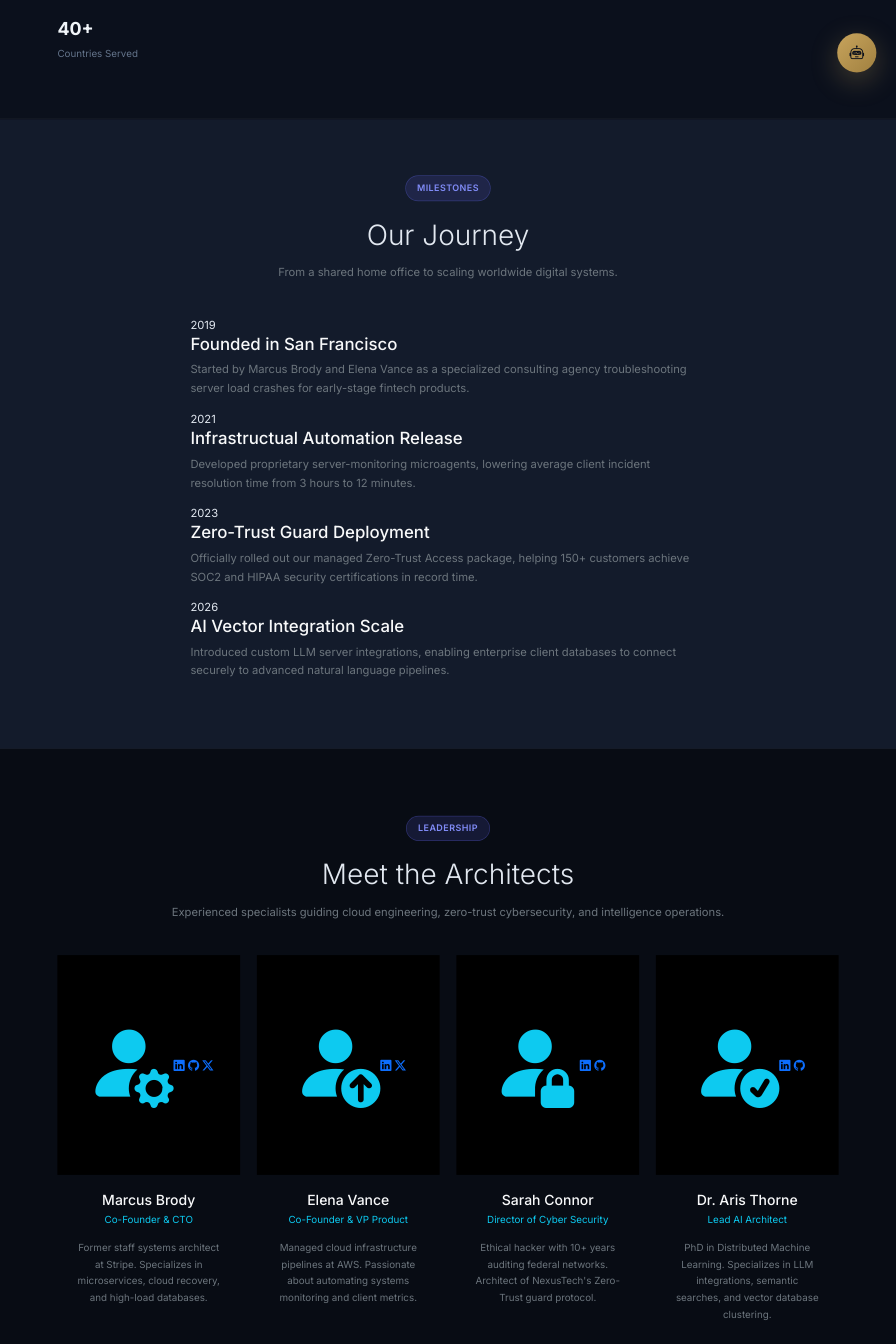
Repository: ruzni-dev/project-showcase
Page: pages/52-IT-Solutions-Website/pages/about.html
The author's editor kept a copy of each file at every save. The page is drawn from the files as they stood at one save, then again after the next save.
The browser window is 1280 px wide. The pictures show the part of the page from y = 589 to 2509 px (the page is 2940 px tall), at 70% of full size.
Some web fonts or font styles are not loaded; a fallback is used.

Above is the page before, as saved 2026-05-24 21:51:35.

### pages/52-IT-Solutions-Website/pages/about.html
<!DOCTYPE html>
<html lang="en">
<head>
    <meta charset="UTF-8">
    <meta name="viewport" content="width=device-width, initial-scale=1.0">
    <title>NexusForge AI — Premium IT Solutions & Intelligent Automation</title>
    <link rel="icon" type="image/svg+xml" href="../assets/images/favicon.svg">
    <link rel="apple-touch-icon" href="../assets/images/favicon.svg">

    <!-- Bootstrap 5.3 CSS -->
    <link href="https://cdn.jsdelivr.net/npm/bootstrap@5.3.2/dist/css/bootstrap.min.css" rel="stylesheet">
    <!-- Bootstrap Icons -->
    <link href="https://cdn.jsdelivr.net/npm/bootstrap-icons@1.11.3/font/bootstrap-icons.css" rel="stylesheet">
    <!-- Google Fonts: Premium Typography -->
    <link href="https://fonts.googleapis.com/css2?family=Inter:wght@300;400;500;600;700;800;900&family=Playfair+Display:ital,wght@0,500;0,600;0,700;1,500&family=JetBrains+Mono:wght@400;500;600&display=swap" rel="stylesheet">
    <!-- AOS Animation -->
    <link href="https://unpkg.com/aos@2.3.1/dist/aos.css" rel="stylesheet">
    <!-- Custom Theme CSS -->
    <link href="../assets/css/style.css" rel="stylesheet">
</head>
<body>

    <!-- ==================== NAVBAR ==================== -->
    <nav class="navbar navbar-expand-lg fixed-top" id="mainNav">
        <div class="container">
            <a class="navbar-brand" href="../index.html">
                <div class="brand-mark"><i class="bi bi-cpu-fill"></i></div>
                <span>NexusForge AI</span>
            </a>
            <button class="navbar-toggler" type="button" data-bs-toggle="collapse" data-bs-target="#navContent">
                <span class="navbar-toggler-icon"></span>
            </button>
            <div class="collapse navbar-collapse" id="navContent">
                <ul class="navbar-nav mx-auto mb-2 mb-lg-0 gap-1">
                    <li class="nav-item"><a class="nav-link" href="../index.html" data-page="home">Home</a></li>
                    <li class="nav-item"><a class="nav-link active" href="about.html#about" data-page="about">About</a></li>
                    <li class="nav-item"><a class="nav-link" href="services.html" data-page="services">Services</a></li>
                    <li class="nav-item"><a class="nav-link" href="portfolio.html" data-page="portfolio">Portfolio</a></li>
                    <li class="nav-item"><a class="nav-link" href="ai-solutions.html" data-page="ai-solutions">AI Solutions</a></li>
                    <li class="nav-item"><a class="nav-link" href="contact.html" data-page="contact">Contact</a></li>
                </ul>
                <a href="#contact" class="btn-nav">Start a Project <i class="bi bi-arrow-right ms-1"></i></a>
            </div>
        </div>
    </nav>

    <!-- ==================== PAGE 2: ABOUT ==================== -->
    <section class="page-section dark-page" id="about">
        <div class="container">
            <div class="row align-items-center g-5">
                <div class="col-lg-5" data-aos="fade-right" data-aos-duration="900">
                    <span class="section-eyebrow">Our Story</span>
                    <h2 class="section-title">A decade of <span class="accent">excellence</span> in technology consulting</h2>
                    <p class="section-subtitle">
                        Founded in 2014 by a team of MIT and Stanford engineers, NexusForge AI has grown from a boutique consultancy into a global technology partner. We combine deep technical expertise with strategic vision to solve the most complex challenges.
                    </p>
                    <div class="d-flex gap-4 mt-4 flex-wrap">
                        <div><strong style="font-size:1.6rem;color:#f1f5f9;">280+</strong><br><small style="color:var(--slate-500);">Engineers & Data Scientists</small></div>
                        <div><strong style="font-size:1.6rem;color:#f1f5f9;">12</strong><br><small style="color:var(--slate-500);">Global Offices</small></div>
                        <div><strong style="font-size:1.6rem;color:#f1f5f9;">40+</strong><br><small style="color:var(--slate-500);">Countries Served</small></div>
                    </div>
                </div>
                <div class="col-lg-7" data-aos="fade-left" data-aos-duration="1000">
                    <div class="row g-3">
                        <div class="col-6">
                            <div style="background:var(--bg-card);border:1px solid var(--border-subtle);border-radius:var(--radius-md);padding:20px;text-align:center;">
                                <i class="bi bi-trophy-fill" style="font-size:2rem;color:var(--gold);"></i>
                                <h6 class="mt-2" style="color:#f1f5f9;">Forbes Tech Council</h6>
                                <small style="color:var(--slate-500);">Member since 2019</small>
                            </div>
                        </div>
                        <div class="col-6">
                            <div style="background:var(--bg-card);border:1px solid var(--border-subtle);border-radius:var(--radius-md);padding:20px;text-align:center;">
                                <i class="bi bi-shield-check-fill" style="font-size:2rem;color:var(--teal);"></i>
                                <h6 class="mt-2" style="color:#f1f5f9;">ISO 27001 Certified</h6>
                                <small style="color:var(--slate-500);">Security Excellence</small>
                            </div>
                        </div>
                        <div class="col-6">
                            <div style="background:var(--bg-card);border:1px solid var(--border-subtle);border-radius:var(--radius-md);padding:20px;text-align:center;">
                                <i class="bi bi-award-fill" style="font-size:2rem;color:var(--gold-light);"></i>
                                <h6 class="mt-2" style="color:#f1f5f9;">Gartner Recognized</h6>
                                <small style="color:var(--slate-500);">AI Consultancy Leader</small>
                            </div>
                        </div>
                        <div class="col-6">
                            <div style="background:var(--bg-card);border:1px solid var(--border-subtle);border-radius:var(--radius-md);padding:20px;text-align:center;">
                                <i class="bi bi-globe2" style="font-size:2rem;color:var(--teal);"></i>
                                <h6 class="mt-2" style="color:#f1f5f9;">Global Delivery</h6>
                                <small style="color:var(--slate-500);">24/7 Operations</small>
                            </div>
                        </div>
                    </div>
                </div>
            </div>
        </div>
    </section>

    <!-- Company History Timeline -->
    <section class="page-section elevated-page">
        <div class="container">
            <div class="section-header text-center max-width-600 mx-auto">
                <div class="tech-badge">Milestones</div>
                <h2 class="display-6">Our Journey</h2>
                <p class="text-secondary mt-3">From a shared home office to scaling worldwide digital systems.</p>
            </div>

            <div class="row justify-content-center mt-5">
                <div class="col-lg-8">
                    <div class="timeline">

                        <div class="timeline-item">
                        <div class="timeline-dot"></div>
                        <div class="timeline-year">2019</div>
                        <h4 class="text-light">Founded in San Francisco</h4>
                        <p class="text-secondary">
                            Started by Marcus Brody and Elena Vance as a specialized consulting agency troubleshooting server load crashes for early-stage fintech products.
                        </p>
                        </div>

                        <div class="timeline-item">
                        <div class="timeline-dot"></div>
                        <div class="timeline-year">2021</div>
                        <h4 class="text-light">Infrastructual Automation Release</h4>
                        <p class="text-secondary">
                            Developed proprietary server-monitoring microagents, lowering average client incident resolution time from 3 hours to 12 minutes.
                        </p>
                        </div>

                        <div class="timeline-item">
                        <div class="timeline-dot"></div>
                        <div class="timeline-year">2023</div>
                        <h4 class="text-light">Zero-Trust Guard Deployment</h4>
                        <p class="text-secondary">
                            Officially rolled out our managed Zero-Trust Access package, helping 150+ customers achieve SOC2 and HIPAA security certifications in record time.
                        </p>
                        </div>

                        <div class="timeline-item">
                        <div class="timeline-dot"></div>
                        <div class="timeline-year">2026</div>
                        <h4 class="text-light">AI Vector Integration Scale</h4>
                        <p class="text-secondary">
                            Introduced custom LLM server integrations, enabling enterprise client databases to connect securely to advanced natural language pipelines.
                        </p>
                        </div>

                    </div>
                </div>
            </div>
        </div>
    </section>

    <!-- Team Grid Section -->
    <section class="py-5 my-5" id="team">
        <div class="container">
            <div class="section-header text-center max-width-600 mx-auto">
                <div class="tech-badge">Leadership</div>
                <h2 class="display-6">Meet the <span class="gradient-text">Architects</span></h2>
                <p class="text-secondary mt-3">Experienced specialists guiding cloud engineering, zero-trust cybersecurity, and intelligence operations.</p>
            </div>
            <div class="row g-4 mt-4">
                <!-- Member 1 -->
                <div class="col-xl-3 col-md-6">
                    <div class="team-card h-100">
                        <div class="team-img-wrapper text-center bg-black bg-opacity-30 d-flex align-items-center justify-content-center py-5">
                            <!-- Inline Premium Avatar Icon Graphic -->
                            <i class="bi bi-person-fill-gear text-info" style="font-size: 8rem;"></i>
                            <div class="team-socials">
                                <a href="#" class="team-social-link"><i class="bi bi-linkedin"></i></a>
                                <a href="#" class="team-social-link"><i class="bi bi-github"></i></a>
                                <a href="#" class="team-social-link"><i class="bi bi-twitter-x"></i></a>
                            </div>
                        </div>
                        <div class="p-4 text-center">
                            <h5 class="mb-1 text-light">Marcus Brody</h5>
                            <p class="text-info small mb-3">Co-Founder & CTO</p>
                            <p class="text-secondary small mb-0">Former staff systems architect at Stripe. Specializes in microservices, cloud recovery, and high-load databases.</p>
                        </div>
                    </div>
                </div>

                <!-- Member 2 -->
                <div class="col-xl-3 col-md-6">
                    <div class="team-card h-100">
                        <div class="team-img-wrapper text-center bg-black bg-opacity-30 d-flex align-items-center justify-content-center py-5">
                            <i class="bi bi-person-fill-up text-info" style="font-size: 8rem;"></i>
                            <div class="team-socials">
                                <a href="#" class="team-social-link"><i class="bi bi-linkedin"></i></a>
                                <a href="#" class="team-social-link"><i class="bi bi-twitter-x"></i></a>
                            </div>
                        </div>
                        <div class="p-4 text-center">
                            <h5 class="mb-1 text-light">Elena Vance</h5>
                            <p class="text-info small mb-3">Co-Founder & VP Product</p>
                            <p class="text-secondary small mb-0">Managed cloud infrastructure pipelines at AWS. Passionate about automating systems monitoring and client metrics.</p>
                        </div>
                    </div>
                </div>

                <!-- Member 3 -->
                <div class="col-xl-3 col-md-6">
                <div class="team-card h-100">
                    <div class="team-img-wrapper text-center bg-black bg-opacity-30 d-flex align-items-center justify-content-center py-5">
                    <i class="bi bi-person-fill-lock text-info" style="font-size: 8rem;"></i>
                    <div class="team-socials">
                        <a href="#" class="team-social-link"><i class="bi bi-linkedin"></i></a>
                        <a href="#" class="team-social-link"><i class="bi bi-github"></i></a>
                    </div>
                    </div>
                    <div class="p-4 text-center">
                    <h5 class="mb-1 text-light">Sarah Connor</h5>
                    <p class="text-info small mb-3">Director of Cyber Security</p>
                    <p class="text-secondary small mb-0">Ethical hacker with 10+ years auditing federal networks. Architect of NexusTech's Zero-Trust guard protocol.</p>
                    </div>
                </div>
                </div>

                <!-- Member 4 -->
                <div class="col-xl-3 col-md-6">
                <div class="team-card h-100">
                    <div class="team-img-wrapper text-center bg-black bg-opacity-30 d-flex align-items-center justify-content-center py-5">
                    <i class="bi bi-person-fill-check text-info" style="font-size: 8rem;"></i>
                    <div class="team-socials">
                        <a href="#" class="team-social-link"><i class="bi bi-linkedin"></i></a>
                        <a href="#" class="team-social-link"><i class="bi bi-github"></i></a>
                    </div>
                    </div>
                    <div class="p-4 text-center">
                    <h5 class="mb-1 text-light">Dr. Aris Thorne</h5>
                    <p class="text-info small mb-3">Lead AI Architect</p>
                    <p class="text-secondary small mb-0">PhD in Distributed Machine Learning. Specializes in LLM integrations, semantic searches, and vector database clustering.</p>
                    </div>
                </div>
                </div>

            </div>
        </div>
    </section>

    <!-- ==================== FOOTER ==================== -->
    <footer class="footer-premium">
        <div class="container">
            <div class="row g-4">
                <div class="col-lg-4 mb-3">
                    <a class="footer-brand" href="#home">NexusForge AI</a>
                    <p style="color:var(--slate-500);font-size:0.88rem;margin-top:8px;">Engineering the intelligent enterprise. Trusted by 500+ global clients since 2014.</p>
                </div>
                <div class="col-6 col-md-3 col-lg-2">
                    <h6 style="color:#f1f5f9;font-size:0.8rem;text-transform:uppercase;letter-spacing:1px;margin-bottom:14px;">Services</h6>
                    <ul class="footer-links">
                        <li><a href="#">Cloud Architecture</a></li>
                        <li><a href="#">Cybersecurity</a></li>
                        <li><a href="#">AI & ML</a></li>
                        <li><a href="#">DevOps</a></li>
                    </ul>
                </div>
                <div class="col-6 col-md-3 col-lg-2">
                    <h6 style="color:#f1f5f9;font-size:0.8rem;text-transform:uppercase;letter-spacing:1px;margin-bottom:14px;">Company</h6>
                    <ul class="footer-links">
                        <li><a href="#about">About</a></li>
                        <li><a href="#">Careers</a></li>
                        <li><a href="#">Insights</a></li>
                        <li><a href="#">Partners</a></li>
                    </ul>
                </div>
                <div class="col-6 col-md-3 col-lg-2">
                    <h6 style="color:#f1f5f9;font-size:0.8rem;text-transform:uppercase;letter-spacing:1px;margin-bottom:14px;">Resources</h6>
                    <ul class="footer-links">
                        <li><a href="#">Documentation</a></li>
                        <li><a href="#">API Reference</a></li>
                        <li><a href="#">Whitepapers</a></li>
                        <li><a href="#">Status</a></li>
                    </ul>
                </div>
                <div class="col-6 col-md-3 col-lg-2">
                    <h6 style="color:#f1f5f9;font-size:0.8rem;text-transform:uppercase;letter-spacing:1px;margin-bottom:14px;">Legal</h6>
                    <ul class="footer-links">
                        <li><a href="#">Privacy</a></li>
                        <li><a href="#">Terms</a></li>
                        <li><a href="#">Cookies</a></li>
                    </ul>
                </div>
            </div>
            <hr style="border-color:rgba(255,255,255,0.05);margin:30px 0 20px;">
            <div class="text-center" style="color:var(--slate-600);font-size:0.8rem;">
                &copy; 2026 NexusForge AI. All rights reserved. Crafted with precision.
            </div>
        </div>
    </footer>

    <!-- ==================== AI CHAT WIDGET ==================== -->
    <div class="ai-chat-fab" id="aiChatFab">
        <div class="chat-panel" id="chatPanel">
            <div class="chat-panel-header">
                <span class="online-dot"></span>
                <strong>Nexus AI Assistant</strong>
                <small style="opacity:0.6;margin-left:auto;font-size:0.7rem;">GPT-4o</small>
                <button style="background:none;border:none;color:#fff;cursor:pointer;font-size:1.1rem;margin-left:8px;" onclick="toggleChatPanel()"><i class="bi bi-x-lg"></i></button>
            </div>
            <div class="chat-messages" id="chatMessages">
                <div class="chat-msg bot">
                    👋 Welcome to NexusForge AI. I'm your dedicated assistant. How may I help you today? You can ask about our services, case studies, or request a consultation.
                </div>
            </div>
            <div class="chat-input-row">
                <input type="text" id="chatInputField" placeholder="Type your message..." onkeypress="if(event.key==='Enter')sendPremiumChat()">
                <button onclick="sendPremiumChat()"><i class="bi bi-send-fill"></i></button>
            </div>
        </div>
        <button class="chat-fab-btn" onclick="toggleChatPanel()" id="chatFabBtn">
            <i class="bi bi-robot"></i>
            <span class="pulse-ring"></span>
        </button>
    </div>

    <!-- ==================== SCRIPTS ==================== -->
    <script src="https://cdn.jsdelivr.net/npm/bootstrap@5.3.2/dist/js/bootstrap.bundle.min.js"></script>
    <script src="https://unpkg.com/aos@2.3.1/dist/aos.js"></script>
    <script src="../assets/js/script.js"></script>
</body>
</html>

Loaded but not shown: pages/52-IT-Solutions-Website/assets/js/script.js (231 lines, source omitted); pages/52-IT-Solutions-Website/assets/css/style.css (1141 lines, source omitted)

After the next save:
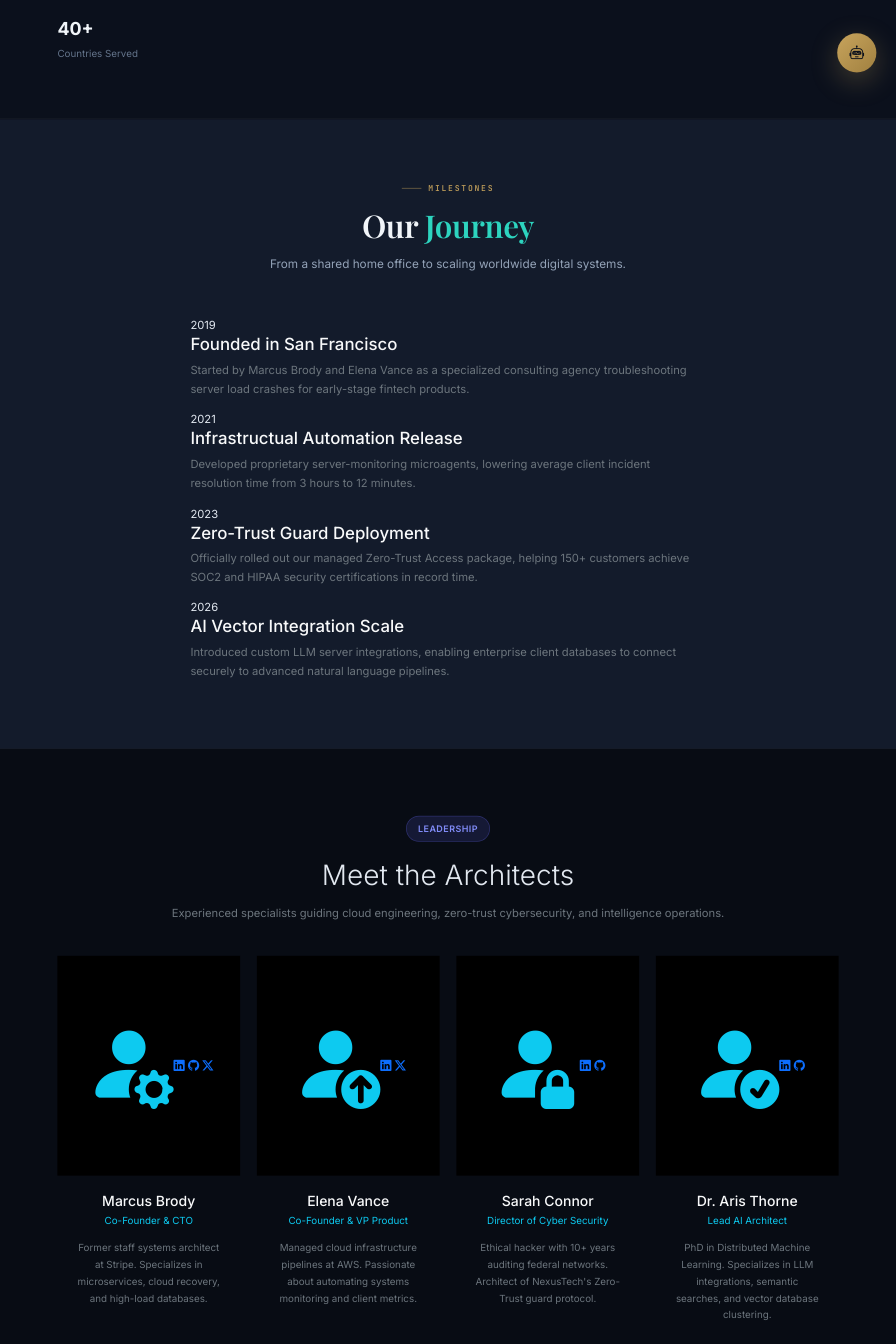
Saved 2 min 56 s later.
--- a/pages/52-IT-Solutions-Website/pages/about.html
+++ b/pages/52-IT-Solutions-Website/pages/about.html
@@ -97,14 +97,13 @@
     </section>
 
     <!-- Company History Timeline -->
-    <section class="page-section elevated-page">
-        <div class="container">
-            <div class="section-header text-center max-width-600 mx-auto">
-                <div class="tech-badge">Milestones</div>
-                <h2 class="display-6">Our Journey</h2>
-                <p class="text-secondary mt-3">From a shared home office to scaling worldwide digital systems.</p>
-            </div>
-
+    <section class="page-section elevated-page" id="about">
+        <div class="container" id="history">
+            <div class="section-header-centered" data-aos="fade-up">
+                <span class="section-eyebrow">Milestones</span>
+                <h2 class="section-title">Our <span class="accent-teal">Journey</span></h2>
+                <p class="section-subtitle">From a shared home office to scaling worldwide digital systems.</p>
+            </div>
             <div class="row justify-content-center mt-5">
                 <div class="col-lg-8">
                     <div class="timeline">
